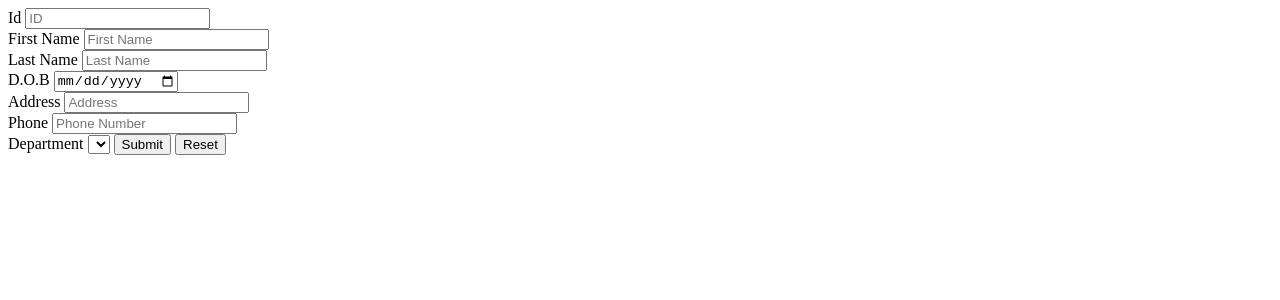
Repository: shubhamsingh331/Learners_Academy
Page: http://localhost/LearnersAcademy/Students/AddStudents.jsp
These files come from the project's save history. The page is drawn as it stood at one moment and after the next save; the edit follows.
The browser window is 1280 px wide. The pictures show the whole page.
The page is served by Tomcat 9.

Above is the page before, as saved 2023-10-11 08:14:40.

After the next save:
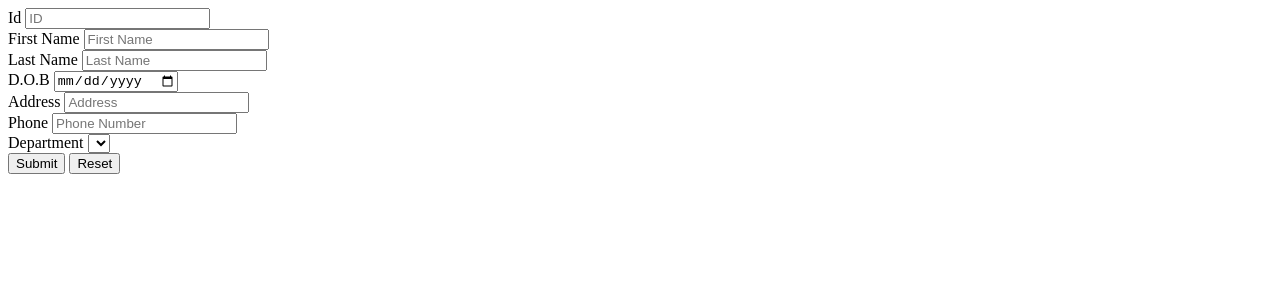
Saved 22 s later.
--- a/LearnersAcademy/src/main/webapp/Students/AddStudents.jsp
+++ b/LearnersAcademy/src/main/webapp/Students/AddStudents.jsp
@@ -32,7 +32,7 @@ String dbPassword = "123456";
     	%>
     	<option><%=rs.getString(1) %></option>
 <%}%>
-</select>
+</select><br>
 <input type="submit" value="Submit">
 <input type="reset" value="Reset">
 
